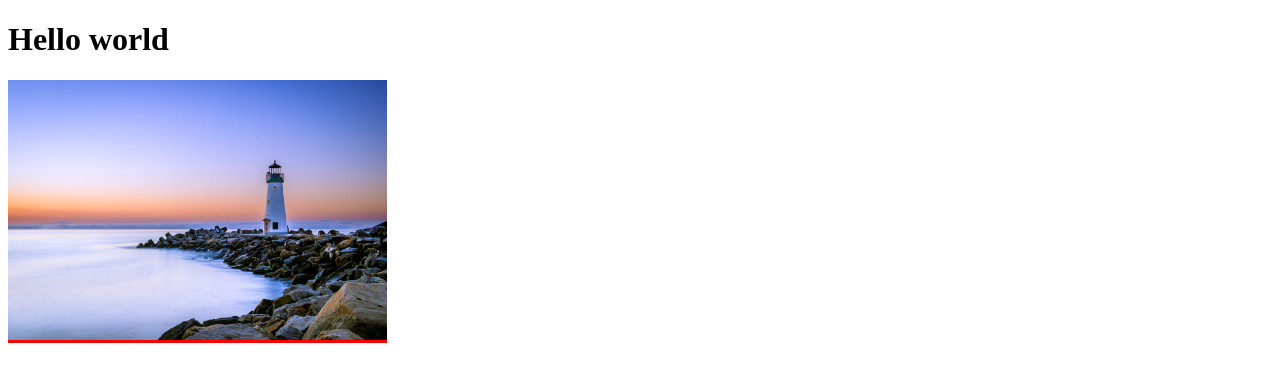
Repository: RPSKumara/DPEdudationPyhton
Page: ImageStyle/index.html
An editor plug-in stored every save of this project. The page is shown before and after the next save, followed by the edit.
The browser window is 1280 px wide. The pictures show the whole page.

Above is the page before, as saved 2022-04-20 10:01:51.

### ImageStyle/index.html
<!DOCTYPE html>
<html lang="en">
	<head>
		<meta charset="UTF-8" />
		<meta http-equiv="X-UA-Compatible" content="IE=edge" />
		<meta name="viewport" content="width=device-width, initial-scale=1.0" />
		<link rel="stylesheet" href="style.css" />
		<title>Document</title>
	</head>
	<body>
		<h1>Hello world</h1>
		<dev class="imageSlider">
			<img src="Images/01.jpg" alt="images" class="previewImg" srcset="" />
		</dev>
	</body>
</html>

### ImageStyle/style.css
.previewImg{
    width: 30%;
}
.imageSlider{
    width: 80%;
    background-color: red;
}

After the next save:
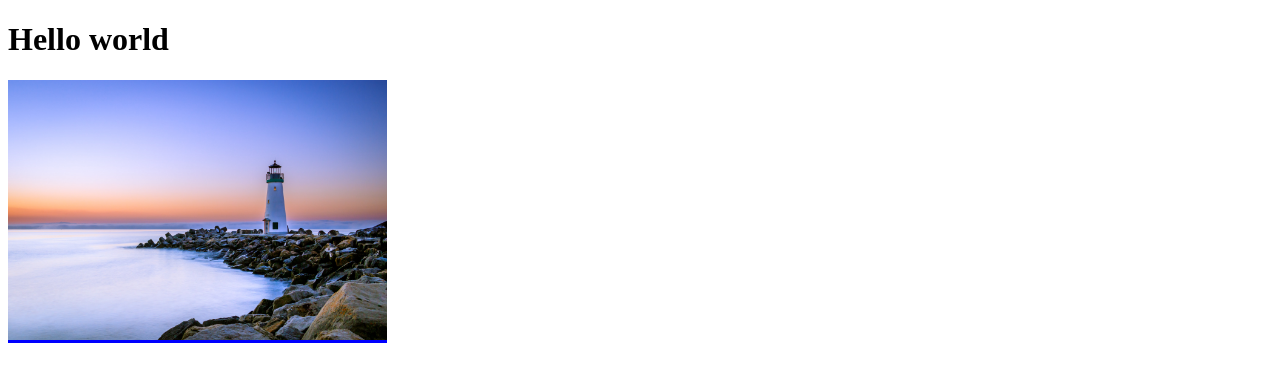
Saved 12 s later.
--- a/ImageStyle/style.css
+++ b/ImageStyle/style.css
@@ -3,5 +3,5 @@
 }
 .imageSlider{
     width: 80%;
-    background-color: red;
+    background-color: blue;
 }
